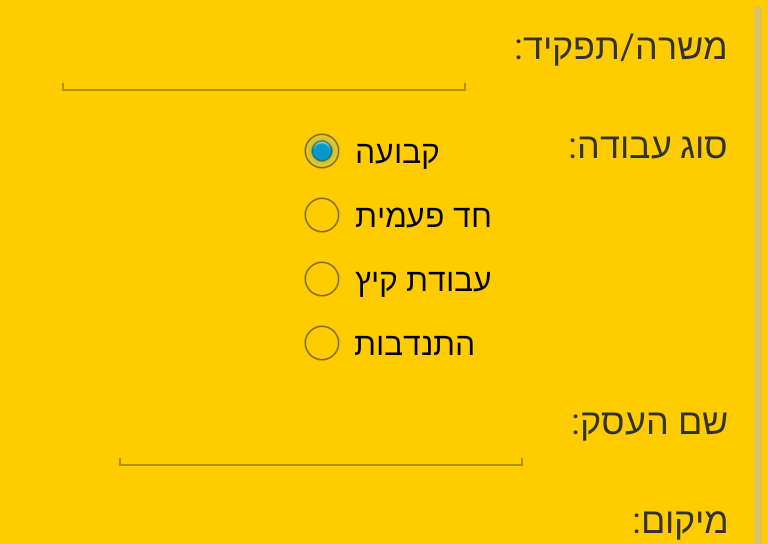
Repository: rodi055/jobli
Layout: Jobli/res/layout/fragment_create_job.xml
An editor plug-in stored every save of this project. The layout is shown before and after the next save, followed by the edit.
The pictures show rows 0 to 544 of an output 1280 px tall.
Pictures or frames that could not be fetched are drawn as grey boxes. It is drawn on a 768 x 1280 px phone screen (xhdpi) without system bars, with theme AppTheme; the app's code is not run. The app's manifest (not shown) leaves right-to-left support off. So textAlignment, textDirection and layoutDirection are ignored, and left and right values win over start and end ones.

Above is the layout before, as saved 2015-01-03 11:33:29.

### Jobli/res/layout/fragment_create_job.xml
<?xml version="1.0" encoding="utf-8"?>
<LinearLayout xmlns:android="http://schemas.android.com/apk/res/android"
    android:layout_width="match_parent"
    android:layout_height="match_parent"
    android:background="#FFCC00"
    android:orientation="vertical" >

    <ScrollView
        android:layout_width="match_parent"
        android:layout_height="wrap_content" >

        <LinearLayout
            android:layout_width="match_parent"
            android:layout_height="wrap_content"
            android:orientation="vertical" >

            <RelativeLayout
                android:layout_width="wrap_content"
                android:layout_height="wrap_content"
                android:layout_marginTop="10dp" >

                <TextView
                    android:id="@+id/textView1"
                    android:layout_width="wrap_content"
                    android:layout_height="wrap_content"
                    android:layout_alignParentEnd="true"
                    android:layout_alignParentRight="true"
                    android:layout_alignParentTop="true"
                    android:layout_marginEnd="20dp"
                    android:layout_marginRight="20dp"
                    android:text="משרה/תפקיד:"
                    android:textSize="18sp" />

                <EditText
                    android:id="@+id/editText1"
                    android:layout_width="wrap_content"
                    android:layout_height="wrap_content"
                    android:layout_alignTop="@+id/textView1"
                    android:layout_marginEnd="20dp"
                    android:layout_marginRight="20dp"
                    android:layout_toLeftOf="@+id/textView1"
                    android:layout_toStartOf="@+id/textView1"
                    android:ems="10"
                    android:maxLines="1" />
            </RelativeLayout>

            <RelativeLayout
                android:layout_width="wrap_content"
                android:layout_height="wrap_content"
                android:layout_marginTop="10dp" >

                <TextView
                    android:id="@+id/textView2"
                    android:layout_width="wrap_content"
                    android:layout_height="wrap_content"
                    android:layout_alignParentEnd="true"
                    android:layout_alignParentRight="true"
                    android:layout_alignParentTop="true"
                    android:layout_marginEnd="20dp"
                    android:layout_marginRight="20dp"
                    android:text="סוג עבודה:"
                    android:textSize="18sp" />

                <RadioGroup
                    android:id="@+id/radioGroup1"
                    android:layout_width="wrap_content"
                    android:layout_height="wrap_content"
                    android:layout_alignParentTop="true"
                    android:layout_marginEnd="38dp"
                    android:layout_marginRight="38dp"
                    android:layout_toLeftOf="@+id/textView2" >

                    <RadioButton
                        android:id="@+id/radio0"
                        android:layout_width="wrap_content"
                        android:layout_height="wrap_content"
                        android:checked="true"
                        android:text="קבועה" />

                    <RadioButton
                        android:id="@+id/radio1"
                        android:layout_width="wrap_content"
                        android:layout_height="wrap_content"
                        android:text="חד פעמית" />

                    <RadioButton
                        android:id="@+id/radio2"
                        android:layout_width="wrap_content"
                        android:layout_height="wrap_content"
                        android:text="עבודת קיץ" />

                    <RadioButton
                        android:id="@+id/radio3"
                        android:layout_width="wrap_content"
                        android:layout_height="wrap_content"
                        android:text="התנדבות" />
                </RadioGroup>
            </RelativeLayout>

            <RelativeLayout
                android:layout_width="wrap_content"
                android:layout_height="wrap_content"
                android:layout_marginTop="10dp" >

                <TextView
                    android:id="@+id/textView3"
                    android:layout_width="wrap_content"
                    android:layout_height="wrap_content"
                    android:layout_alignParentEnd="true"
                    android:layout_alignParentRight="true"
                    android:layout_alignParentTop="true"
                    android:layout_marginEnd="20dp"
                    android:layout_marginRight="20dp"
                    android:text="שם העסק:"
                    android:textSize="18sp" />

                <EditText
                    android:id="@+id/editText3"
                    android:layout_width="wrap_content"
                    android:layout_height="wrap_content"
                    android:layout_alignTop="@+id/textView3"
                    android:layout_marginEnd="20dp"
                    android:layout_marginRight="20dp"
                    android:layout_toLeftOf="@+id/textView3"
                    android:ems="10"
                    android:maxLines="1" />
            </RelativeLayout>

            <RelativeLayout
                android:layout_width="wrap_content"
                android:layout_height="wrap_content"
                android:layout_marginTop="10dp" >

                <TextView
                    android:id="@+id/textView4"
                    android:layout_width="wrap_content"
                    android:layout_height="wrap_content"
                    android:layout_alignParentEnd="true"
                    android:layout_alignParentRight="true"
                    android:layout_alignParentTop="true"
                    android:layout_marginEnd="20dp"
                    android:layout_marginRight="20dp"
                    android:text="מיקום:"
                    android:textSize="18sp" />
            </RelativeLayout>

            <fragment
                android:id="@+id/My_map"
                android:layout_width="match_parent"
                android:layout_height="120dp"
                android:layout_marginBottom="20dp"
                class="com.google.android.gms.maps.MapFragment" />

            <RelativeLayout
                android:layout_width="wrap_content"
                android:layout_height="wrap_content"
                android:layout_marginTop="10dp" >

                <TextView
                    android:id="@+id/textView5"
                    android:layout_width="wrap_content"
                    android:layout_height="wrap_content"
                    android:layout_alignParentEnd="true"
                    android:layout_alignParentRight="true"
                    android:layout_alignParentTop="true"
                    android:layout_marginEnd="20dp"
                    android:layout_marginRight="20dp"
                    android:text="שם איש קשר:"
                    android:textSize="18sp" />

                <EditText
                    android:id="@+id/editText5"
                    android:layout_width="wrap_content"
                    android:layout_height="wrap_content"
                    android:layout_alignTop="@+id/textView5"
                    android:layout_marginEnd="20dp"
                    android:layout_marginRight="20dp"
                    android:layout_toLeftOf="@+id/textView5"
                    android:layout_toStartOf="@+id/textView5"
                    android:ems="10"
                    android:maxLines="1" />
            </RelativeLayout>

            <RelativeLayout
                android:layout_width="wrap_content"
                android:layout_height="wrap_content"
                android:layout_marginTop="10dp" >

                <TextView
                    android:id="@+id/textView6"
                    android:layout_width="wrap_content"
                    android:layout_height="wrap_content"
                    android:layout_alignParentEnd="true"
                    android:layout_alignParentRight="true"
                    android:layout_alignParentTop="true"
                    android:layout_marginEnd="20dp"
                    android:layout_marginRight="20dp"
                    android:text="איימיל:"
                    android:textSize="18sp" />

                <EditText
                    android:id="@+id/editText6"
                    android:layout_width="wrap_content"
                    android:layout_height="wrap_content"
                    android:layout_alignTop="@+id/textView6"
                    android:layout_marginEnd="20dp"
                    android:layout_marginRight="20dp"
                    android:layout_toLeftOf="@+id/textView6"
                    android:layout_toStartOf="@+id/textView6"
                    android:ems="10"
                    android:maxLines="1" />
            </RelativeLayout>

            <RelativeLayout
                android:layout_width="wrap_content"
                android:layout_height="wrap_content"
                android:layout_marginTop="10dp" >

                <TextView
                    android:id="@+id/textView7"
                    android:layout_width="wrap_content"
                    android:layout_height="wrap_content"
                    android:layout_alignParentEnd="true"
                    android:layout_alignParentRight="true"
                    android:layout_alignParentTop="true"
                    android:layout_marginEnd="20dp"
                    android:layout_marginRight="20dp"
                    android:text="מספר טלפון:"
                    android:textSize="18sp" />

                <EditText
                    android:id="@+id/editText7"
                    android:layout_width="wrap_content"
                    android:layout_height="wrap_content"
                    android:layout_alignTop="@+id/textView7"
                    android:layout_marginEnd="20dp"
                    android:layout_marginRight="20dp"
                    android:layout_toLeftOf="@+id/textView7"
                    android:layout_toStartOf="@+id/textView7"
                    android:ems="10"
                    android:maxLines="1" />

                <CheckBox
                    android:id="@+id/checkBox1"
                    android:layout_width="wrap_content"
                    android:layout_height="wrap_content"
                    android:layout_alignTop="@+id/editText7"
                    android:layout_toLeftOf="@+id/editText7"
                    android:layout_toStartOf="@+id/editText7"
                    android:text="הצג מספר טלפון"
                    android:textSize="12sp" />
            </RelativeLayout>
        </LinearLayout>
    </ScrollView>

</LinearLayout>

Loaded but not shown: Jobli/res/values/styles.xml (common file); Jobli/res/values-v11/styles.xml (common file); Jobli/res/values-v14/styles.xml (common file)

After the next save:
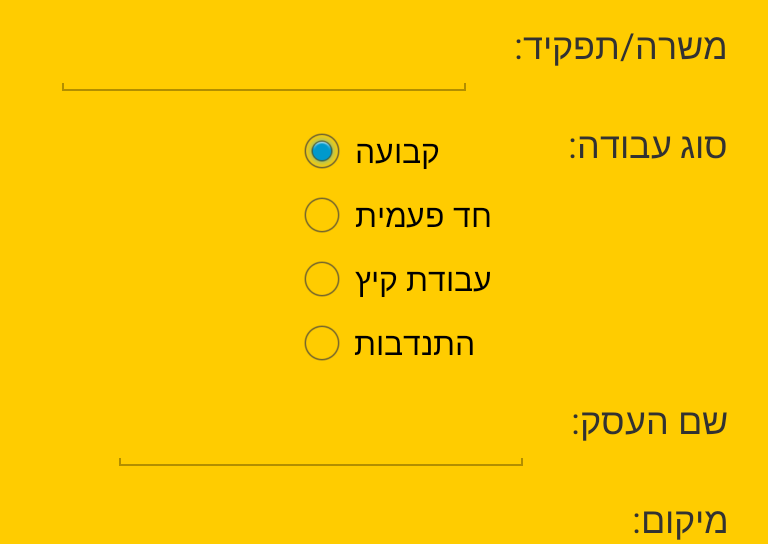
Saved 3 min 28 s later.
--- a/Jobli/res/layout/fragment_create_job.xml
+++ b/Jobli/res/layout/fragment_create_job.xml
@@ -244,9 +244,7 @@
                     android:id="@+id/checkBox1"
                     android:layout_width="wrap_content"
                     android:layout_height="wrap_content"
-                    android:layout_alignTop="@+id/editText7"
-                    android:layout_toLeftOf="@+id/editText7"
-                    android:layout_toStartOf="@+id/editText7"
+                   android:layout_below="@id/textView7"
                     android:text="הצג מספר טלפון"
                     android:textSize="12sp" />
             </RelativeLayout>
